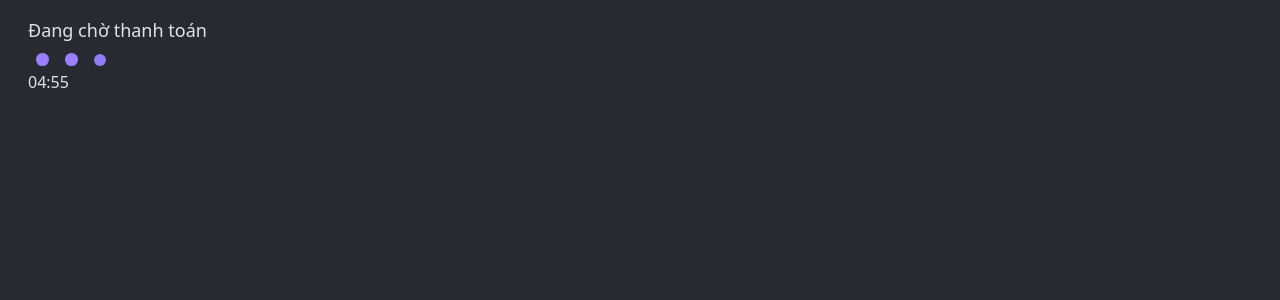
Repository: Quoc-Thang/projectasm
Page: payment.html
These files come from the project's save history. The page is drawn as it stood at one moment and after the next save; the edit follows.
The browser window is 1280 px wide. The pictures show the whole page.
Some web libraries are served in a nearby version.

Above is the page before, as saved 2023-12-13 10:00:25.

### payment.html
<!DOCTYPE html>
<html lang="en">
  <head>
    <meta charset="UTF-8" />
    <meta name="viewport" content="width=device-width, initial-scale=1.0" />
    <title>F8 - Học lập trình để đi làm</title>
    <!-- Preconnect -->
    <link rel="preconnect" href="https://unpkg.com/aos@2.3.1" />
    <link
      rel="preconnect"
      href="https://cdn.jsdelivr.net/npm/bootstrap@5.3.2" />
    <link rel="preconnect" href="https://kit.fontawesome.com" />
    <link rel="preconnect" href="https://fonts.googleapis.com" />
    <link rel="preconnect" href="https://fonts.gstatic.com" crossorigin />

    <!-- AOS -->
    <link href="https://unpkg.com/aos@2.3.1/dist/aos.css" rel="stylesheet" />

    <!-- Bootstrap -->
    <link
      href="https://cdn.jsdelivr.net/npm/bootstrap@5.3.2/dist/css/bootstrap.min.css"
      rel="stylesheet"
      integrity="sha384-T3c6CoIi6uLrA9TneNEoa7RxnatzjcDSCmG1MXxSR1GAsXEV/Dwwykc2MPK8M2HN"
      crossorigin="anonymous" />

    <!-- Google Fonts -->
    <link
      href="https://fonts.googleapis.com/css2?family=Poppins:wght@100;200;300;400&family=Roboto:wght@100;300;400&display=swap"
      rel="stylesheet" />

    <!-- CSS -->
    <link rel="stylesheet" href="./view/assets/css/reset.css" />
    <link rel="stylesheet" href="./view/assets/css/synthetic.css" />
    <link rel="stylesheet" href="./view/assets/css/payment.css" />
  </head>
  <body>
    <div class="payment">
      <div class="left-payment">
        <div class="time-countdown">
          <div class="heading-time-countdown">
            <h4>Đang chờ thanh toán</h4>
          </div>
          <div class="loading-countdown">
            <div class="dot-flasing">
              <div></div>
              <div></div>
              <div></div>
            </div>
          </div>
          <div class="countdown-timer">
            <div id="countdown"></div>
          </div>
        </div>
        <div class="cart-payment"></div>
        <div class="coupon"></div>
        <div class="detail-payment"></div>
      </div>
      <div class="right-payment">
        <div class="instruct-payment-qr"></div>
        <div class="instruct-payment-handemade"></div>
        <div class="note-payment"></div>
      </div>
    </div>

    <!-- Javascript -->
    <script src="./view/assets/javascript/payment.js"></script>

    <!-- Font Awesome -->
    <script
      src="https://kit.fontawesome.com/3e006365dd.js"
      crossorigin="anonymous"></script>

    <!-- Bootstrap -->
    <script
      src="https://cdn.jsdelivr.net/npm/bootstrap@5.3.2/dist/js/bootstrap.bundle.min.js"
      integrity="sha384-C6RzsynM9kWDrMNeT87bh95OGNyZPhcTNXj1NW7RuBCsyN/o0jlpcV8Qyq46cDfL"
      crossorigin="anonymous"></script>

    <!-- AOS -->
    <script src="https://unpkg.com/aos@2.3.1/dist/aos.js"></script>
    <script>
      AOS.init();
    </script>
  </body>
</html>

### view/assets/css/synthetic.css
:root {
  --system-ui: system-ui, "Segoe UI", Roboto, Helvetica, Arial, sans-serif,
    "Apple Color Emoji", "Segoe UI Emoji", "Segoe UI Symbol";
  --font-code: "SF Mono", monospace;
}

html,
body {
  min-height: 100% !important;
  height: 100%;
}

body {
  font-family: var(--system-ui);
  scroll-behavior: smooth;
  overflow-x: hidden;
}

main {
  display: flex;
}

.main {
  display: flex;
  flex-direction: column;
}

article {
  display: flex;
  min-width: 100vh;
}

.wrapper {
  width: 100%;
}

/* width */
::-webkit-scrollbar {
  width: 8px;
}

/* Track */
::-webkit-scrollbar-track {
  box-shadow: inset 0 0 5px grey;
  /* border-radius: 8px; */
}

/* Handle */
::-webkit-scrollbar-thumb {
  background: #a9a9a9;
  border-radius: 4px;
}

/* Handle on hover */
::-webkit-scrollbar-thumb:hover {
  background: #a9a9a9;
}

ul {
  list-style-type: none;
  margin: 0;
  padding: 0;
}

a {
  text-decoration: none;
}

### view/assets/css/payment.css
.payment {
  width: 100%;
  height: 100%;
  background-color: #272a31;
  color: #dae4f0;
  display: flex;
  flex-direction: row;
}

.left-payment {
  width: 30%;
  height: 100%;
  padding: 20px 28px;
}

.heading-time-countdown h4 {
  font-size: 18px;
}

@keyframes dot-flasing {
  0% {
    opacity: 0.1;
    width: 0.1rem;
    height: 0.1rem;
  }

  50%,
  100% {
    opacity: 1;
    width: 0.8rem;
    height: 0.8rem;
  }
}

.dot-flasing {
  display: flex;
  align-items: center;
  padding: 10px 0;
  height: 20px;
}

.dot-flasing > div {
  background-color: #dae4f0;
  margin: 0 0.5rem;
  border-radius: 50%;
  background-color: #9880ff;
  animation: dot-flasing 0.8s infinite alternate;
}

.dot-flasing > div:first-child {
  animation-delay: 0s;
}

.dot-flasing > div:nth-child(2) {
  animation-delay: 0.2s;
}

.dot-flasing > div:last-child {
  animation-delay: 0.4s;
}

.right-payment {
  width: 70%;
  height: 100%;
  padding: 8px 40px;
}

### view/assets/javascript/payment.js
const targetMinutes = 5;
const endTime = new Date();
endTime.setMinutes(endTime.getMinutes() + targetMinutes);

const countdownElement = document.getElementById("countdown");

function updateCountdown() {
  const currentTime = new Date();
  const timeDifference = endTime - currentTime;

  const minutes = Math.floor((timeDifference % (1000 * 60 * 60)) / (1000 * 60));
  const seconds = Math.round((timeDifference % (1000 * 60)) / 1000);

  countdownElement.textContent = `0${minutes}:${
    seconds < 10 ? "0" : ""
  }${seconds}`;

  if (timeDifference <= 0) {
    clearInterval(timerInterval);
    countdownElement.textContent = "00:00";
    alert("Hết thời gian!");
  }
}

const timerInterval = setInterval(updateCountdown, 1000);

updateCountdown();

Loaded but not shown: view/assets/css/reset.css (common file)

After the next save:
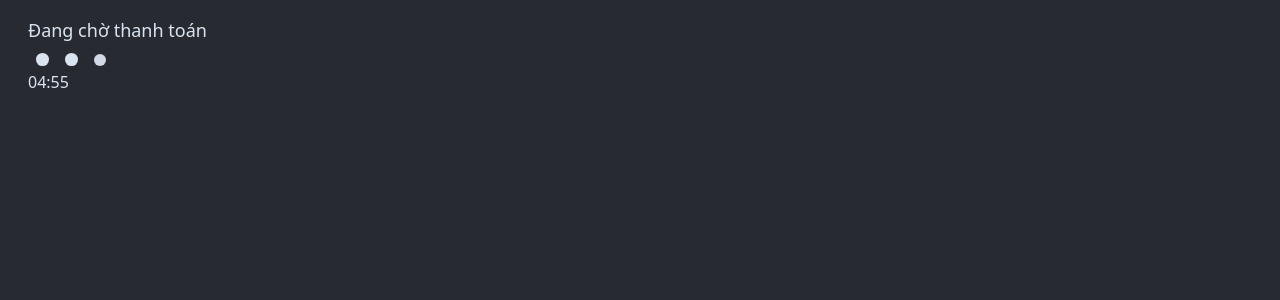
Saved 10 s later.
--- a/view/assets/css/payment.css
+++ b/view/assets/css/payment.css
@@ -43,7 +43,6 @@
   background-color: #dae4f0;
   margin: 0 0.5rem;
   border-radius: 50%;
-  background-color: #9880ff;
   animation: dot-flasing 0.8s infinite alternate;
 }
 
